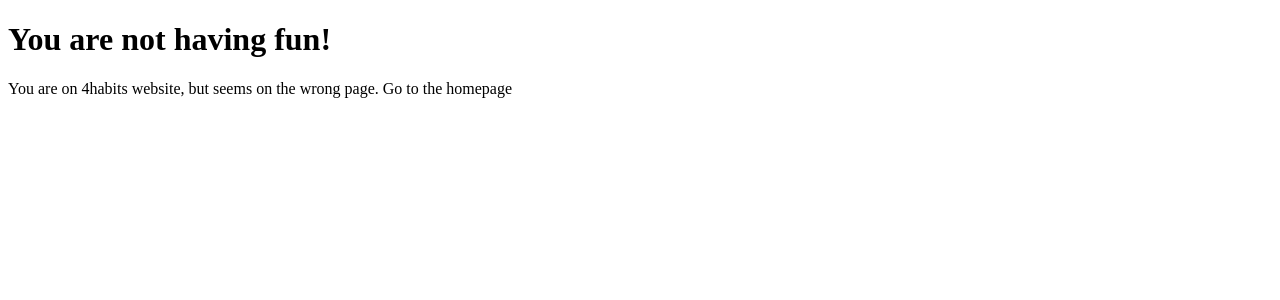
Repository: MLbier/project4habits
Page: public/404.html
An editor plug-in stored every save of this project. The page is shown before and after the next save, followed by the edit.
The browser window is 1280 px wide. The pictures show the whole page.

Above is the page before, as saved 2021-12-03 13:11:29.

### public/404.html
<!DOCTYPE html>
<html>
<head>
  <title>The page you were looking for doesn't exist (404)</title>
  <meta name="viewport" content="width=device-width,initial-scale=1">
  <style>

  .404-page {
    background-color:purple;
  }
  .rails-default-error-page div.dialog {
    width: 95%;
    max-width: 33em;
    margin: 4em auto 0;
  }

  .rails-default-error-page div.dialog > div {
    border: 1px solid #CCC;
    border-right-color: #999;
    border-left-color: #999;
    border-bottom-color: #BBB;
    border-top: #B00100 solid 4px;
    border-top-left-radius: 9px;
    border-top-right-radius: 9px;
    background-color: white;
    padding: 7px 12% 0;
    box-shadow: 0 3px 8px rgba(50, 50, 50, 0.17);
  }

  .rails-default-error-page h1 {
    font-size: 100%;
    color: #730E15;
    line-height: 1.5em;
  }

  .rails-default-error-page div.dialog > p {
    margin: 0 0 1em;
    padding: 1em;
    background-color: #F7F7F7;
    border: 1px solid #CCC;
    border-right-color: #999;
    border-left-color: #999;
    border-bottom-color: #999;
    border-bottom-left-radius: 4px;
    border-bottom-right-radius: 4px;
    border-top-color: #DADADA;
    color: #666;
    box-shadow: 0 3px 8px rgba(50, 50, 50, 0.17);
  }
  </style>
</head>

<body>
  <!-- This file lives in public/404.html -->
  <div class="dialog">
    <div class="404-page">
      <h1>You are not having fun!</h1>
      <p>You are on 4habits website, but seems on the wrong page. Go to the homepage</p>
    </div>

  </div>
</body>
</html>

After the next save:
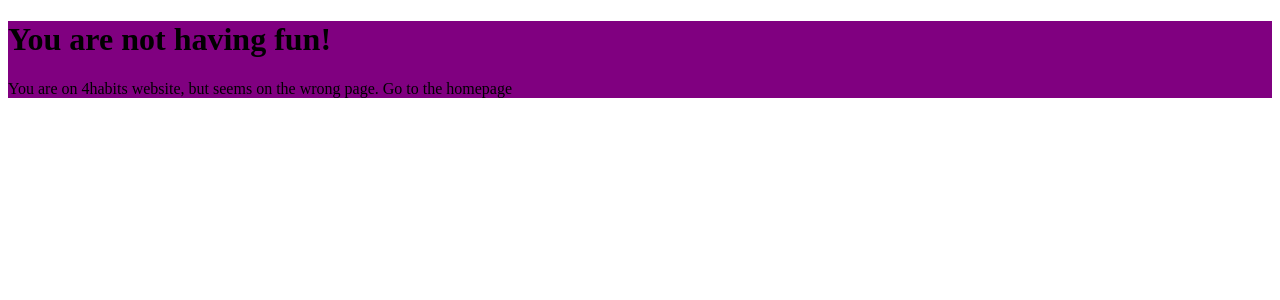
Saved 36 s later.
--- a/public/404.html
+++ b/public/404.html
@@ -5,7 +5,7 @@
   <meta name="viewport" content="width=device-width,initial-scale=1">
   <style>
 
-  .404-page {
+  .error-page {
     background-color:purple;
   }
   .rails-default-error-page div.dialog {
@@ -53,7 +53,7 @@
 <body>
   <!-- This file lives in public/404.html -->
   <div class="dialog">
-    <div class="404-page">
+    <div class="error-page">
       <h1>You are not having fun!</h1>
       <p>You are on 4habits website, but seems on the wrong page. Go to the homepage</p>
     </div>
